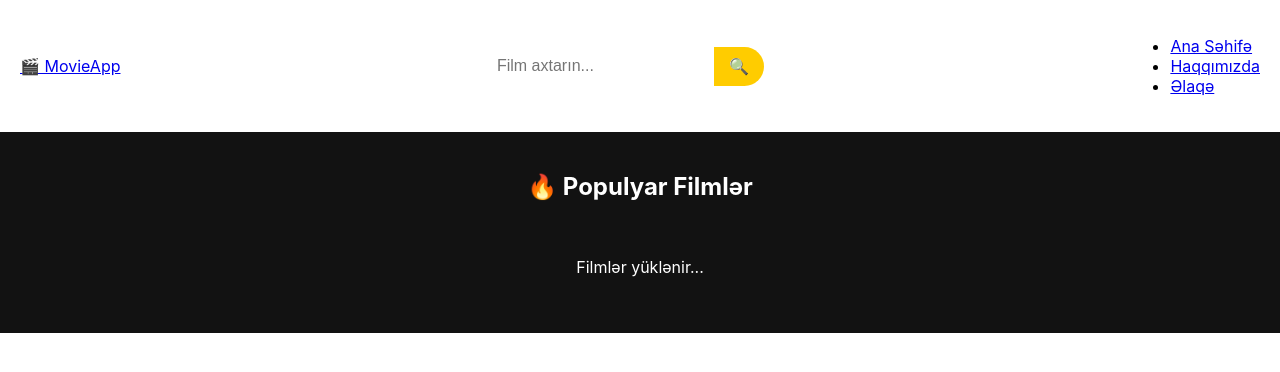
Repository: Zulfiyya077/InternIntelligence_MovieWebsite
Page: /
An editor plug-in stored every save of this project. The page is shown before and after the next save, followed by the edit.
The browser window is 1280 px wide. The pictures show the whole page.
The page's requests for data from a server got no answer. The project was rebuilt for these pictures with package versions that can differ from the ones it lists, and the page was loaded fresh each time. No one was signed in, and anything a server would have sent is missing. Also part of the build but not shown: vite.config.js, src/components/MovieCard.module.css, src/components/MovieCard.jsx, src/pages/MovieDetailsPage.module.css, src/pages/MovieDetailsPage.jsx, src/pages/SearchResultsPage.module.css, src/pages/SearchResultsPage.jsx, src/pages/About.module.css and 4 more.

Above is the page before, as saved 2025-02-24 00:50:58.

After the next save:
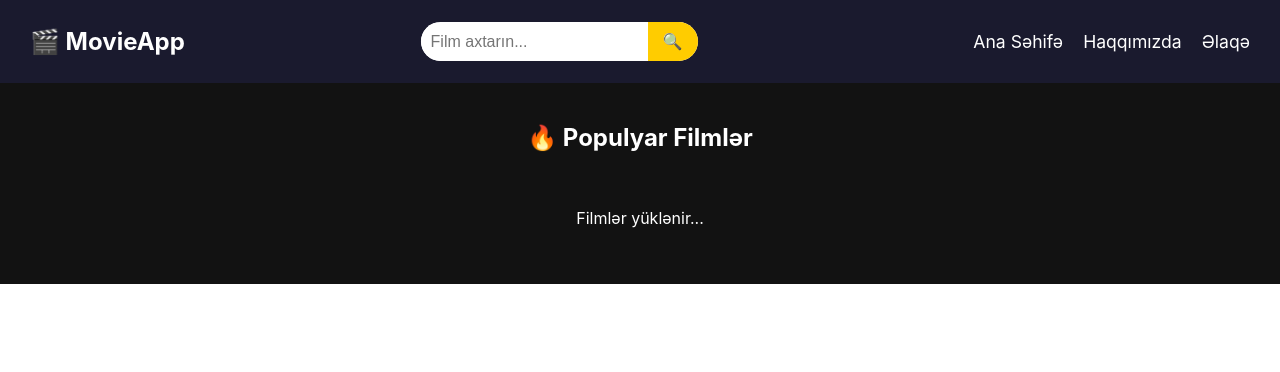
Saved 7 s later.
--- a/src/components/Navbar.module.css
+++ b/src/components/Navbar.module.css
@@ -1,23 +1,32 @@
-/* src/components/Navbar.module.css */
 .navbar {
     display: flex;
+    align-items: center;
     justify-content: space-between;
-    align-items: center;
-    padding: 20px;
-    background-color: var(--navbar-background);
-    color: var(--navbar-color);
+    background-color: #1a1a2e;
+    padding: 15px 30px;
+    color: white;
 }
 
-.themeButton {
-    padding: 10px 15px;
-    background-color: var(--button-background);
-    border: none;
-    color: var(--button-color);
-    cursor: pointer;
-    border-radius: 5px;
-    font-size: 1rem;
+.logo a {
+    font-size: 1.5rem;
+    color: white;
+    text-decoration: none;
+    font-weight: bold;
 }
 
-.themeButton:hover {
-    background-color: var(--button-hover-background);
+.navLinks {
+    list-style: none;
+    display: flex;
+    gap: 20px;
 }
+
+.navLinks li a {
+    color: white;
+    text-decoration: none;
+    font-size: 1.1rem;
+    transition: color 0.3s;
+}
+
+.navLinks li a:hover {
+    color: #ffcc00;
+}
